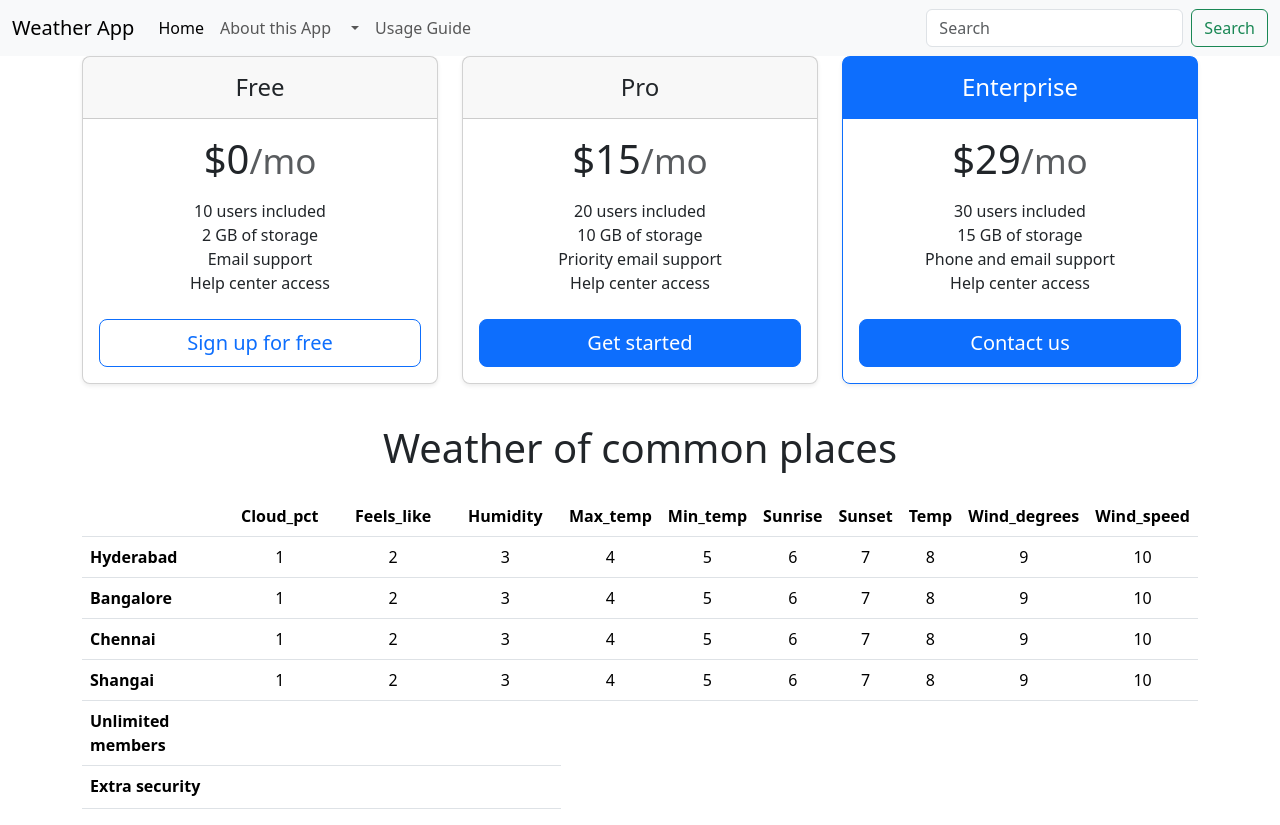
Repository: Abhilash2909/weather
Page: index.html
The author's editor kept a copy of each file at every save. The page is drawn from the files as they stood at one save, then again after the next save.
The browser window is 1280 px wide. The pictures show the whole page.
The page's requests for data from a server got no answer.

Above is the page before, as saved 2024-02-11 10:45:10.

After the next save:
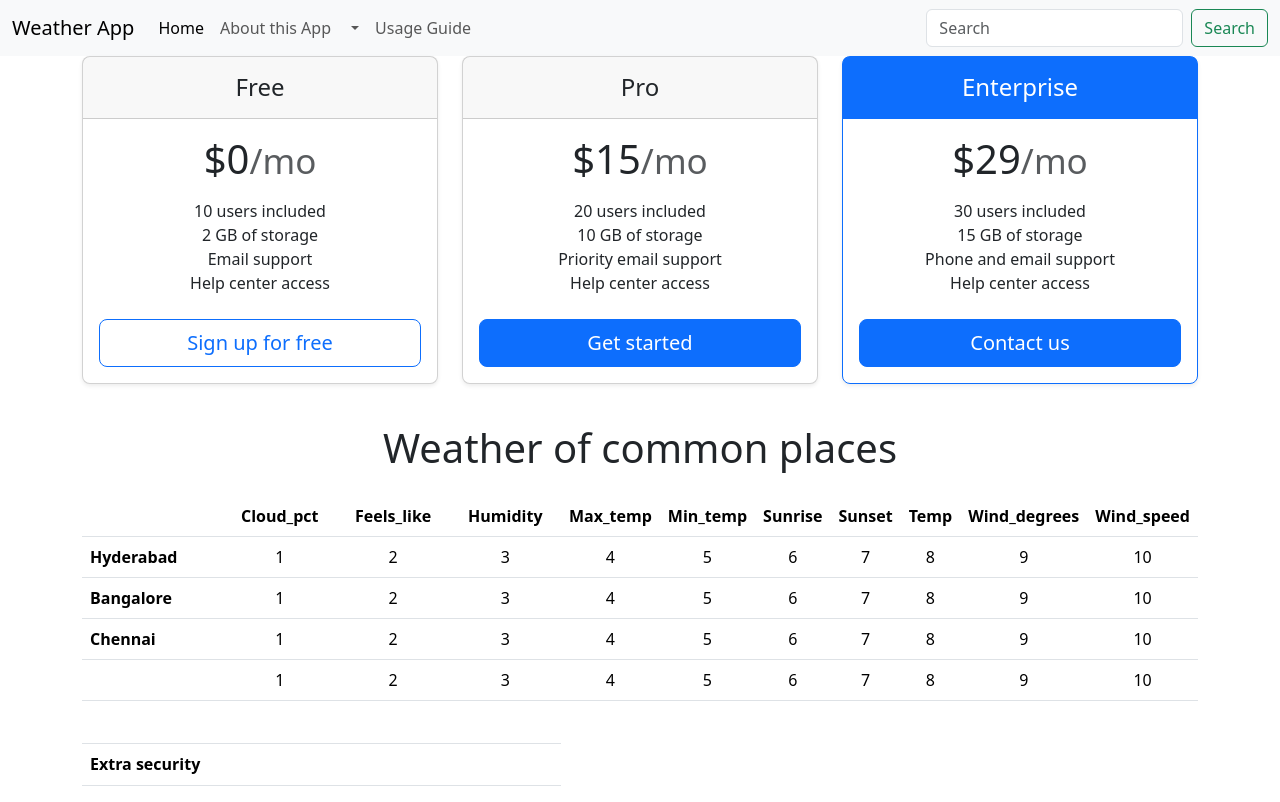
Saved 27 s later.
--- a/index.html
+++ b/index.html
@@ -161,7 +161,7 @@
                 <td>10</td>
               </tr>
               <tr>
-                <th scope="row" class="text-start">Shangai</th>
+                <th scope="row" class="text-start"></th>
                 <td>1</td>
                 <td>2</td>
                 <td>3</td>
@@ -174,7 +174,7 @@
                 <td>10</td>
               </tr>
               <tr>
-                <th scope="row" class="text-start">Unlimited members</th>
+                <th scope="row" class="text-start"></th>
                 <td></td>
                 <td><svg class="bi" width="24" height="24"><use xlink:href="#check"></use></svg></td>
                 <td><svg class="bi" width="24" height="24"><use xlink:href="#check"></use></svg></td>
